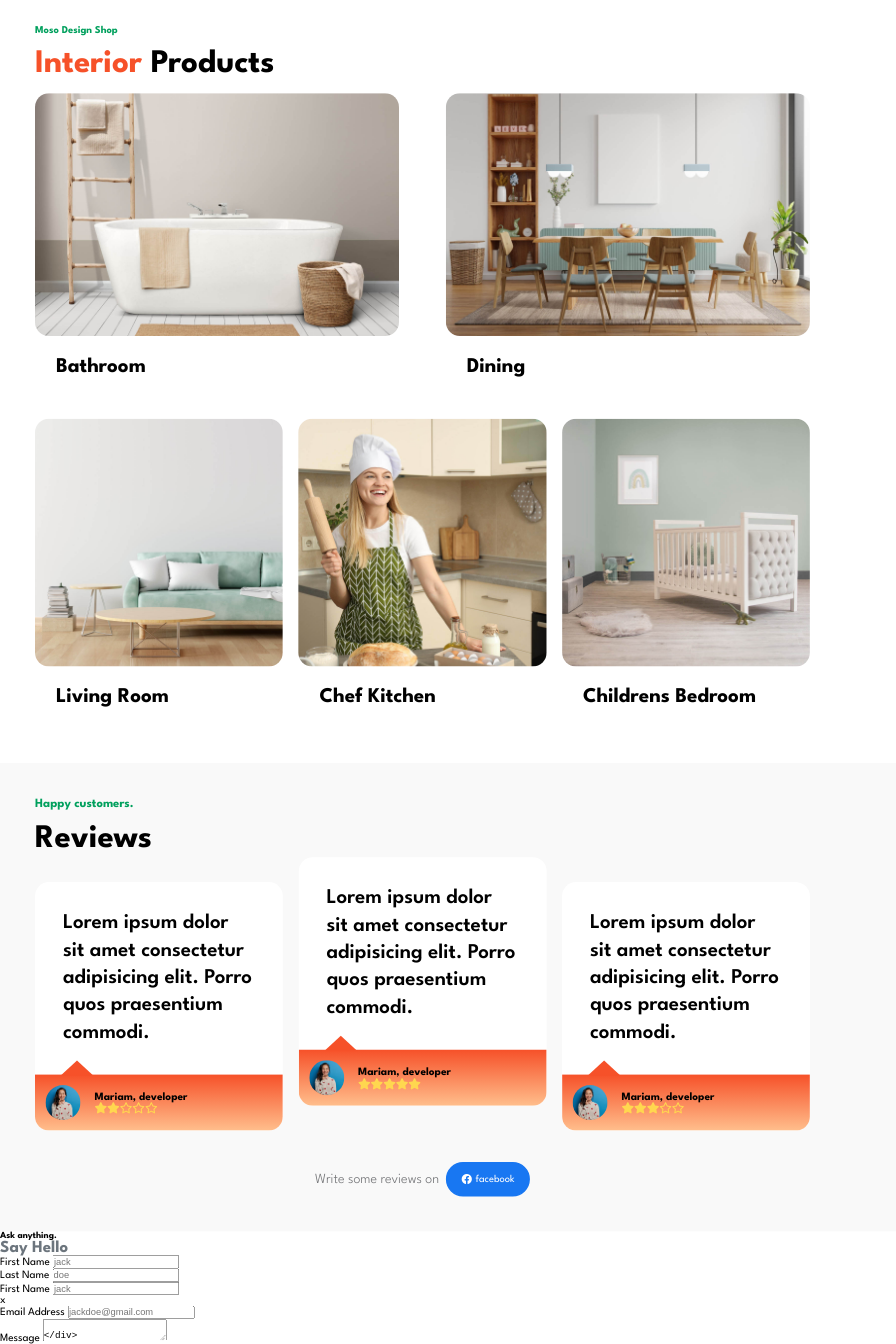
Repository: mariamnabil23/furniture
Page: index.html
An editor plug-in stored every save of this project. The page is shown before and after the next save, followed by the edit.
The browser window is 1280 px wide. The pictures show the part of the page from y = 2033 to 3953 px (the page is 3953 px tall before and 3919 px after), at 70% of full size.
Some web fonts or font styles are not loaded; a fallback is used.

Above is the page before, as saved 2024-10-31 11:15:12.

After the next save:
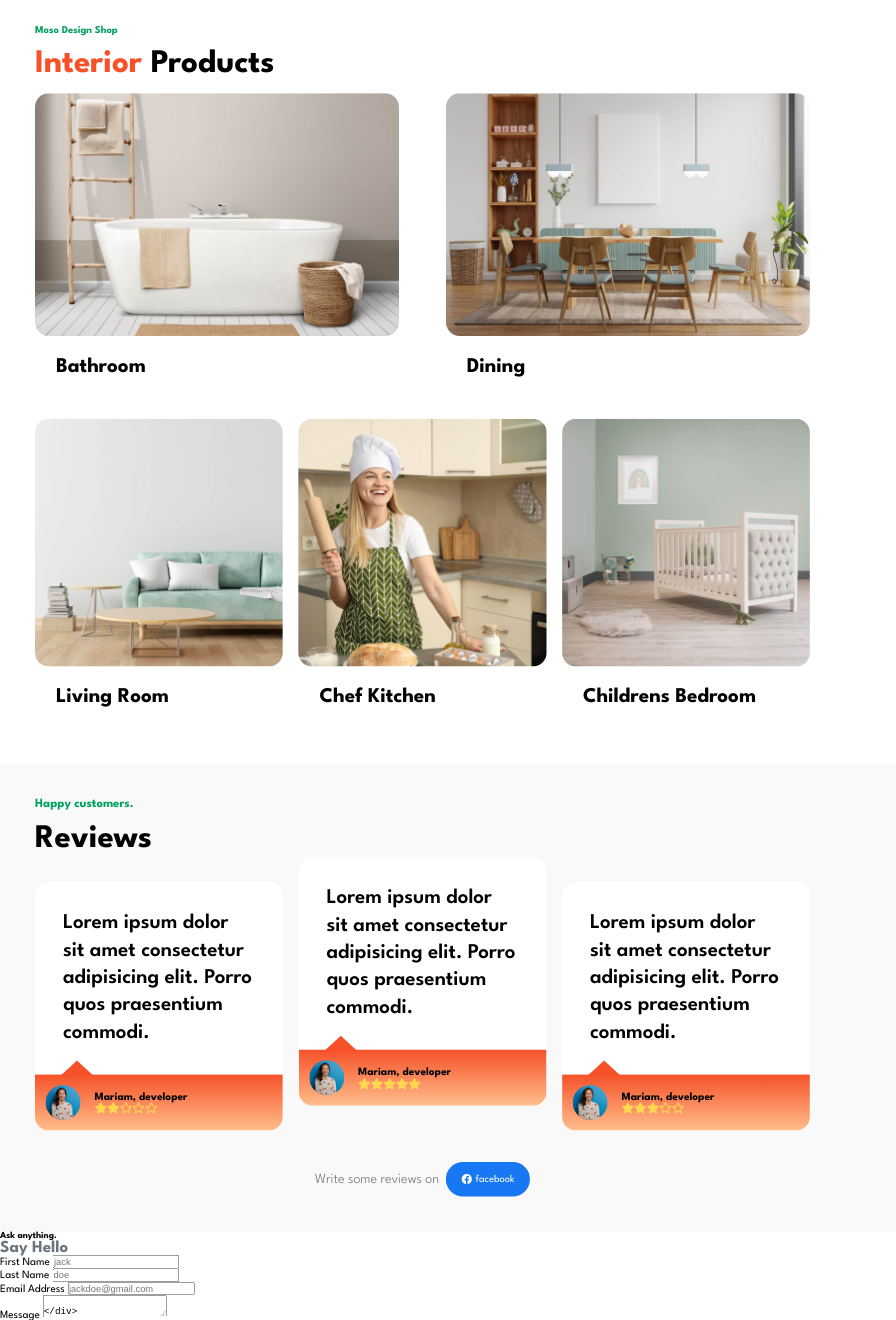
Saved 8 s later.
--- a/index.html
+++ b/index.html
@@ -219,10 +219,6 @@
                             <input type="text" placeholder="doe">
                         </div>
                         <div>
-                            <label>First Name</label>
-                            <input type="text" placeholder="jack">
-                        </div>x
-                        <div>
                             <label>Email Address</label>
                             <input type="text" placeholder="jackdoe@gmail.com">
                         </div>
